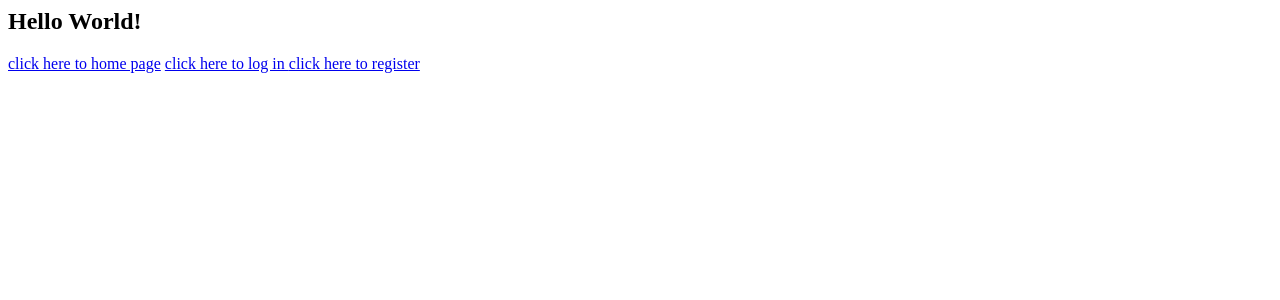
Repository: siddhesh999/SPRING-MVC
Page: http://localhost/springmvc/
An editor plug-in stored every save of this project. The page is shown before and after the next save, followed by the edit.
The browser window is 1280 px wide. The pictures show the whole page.
The page is served by Tomcat 9.

Above is the page before, as saved 2022-01-07 05:56:27.

After the next save:
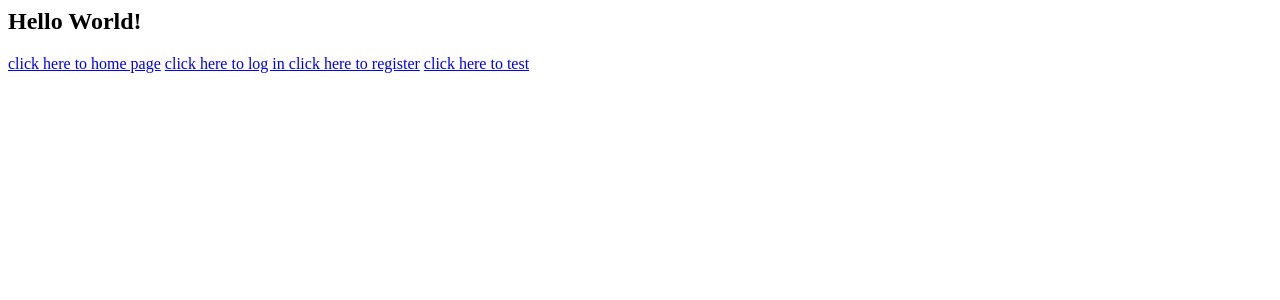
Saved 4 min 40 s later.
--- a/springmvc/src/main/webapp/index.jsp
+++ b/springmvc/src/main/webapp/index.jsp
@@ -6,5 +6,7 @@
 <a href="./login.jsp">click here to log in </a>
 
 <a href="./register">click here to register</a>
+
+<a href="./test">click here to test</a>
 </body>
 </html>

After the 2 saves that followed:
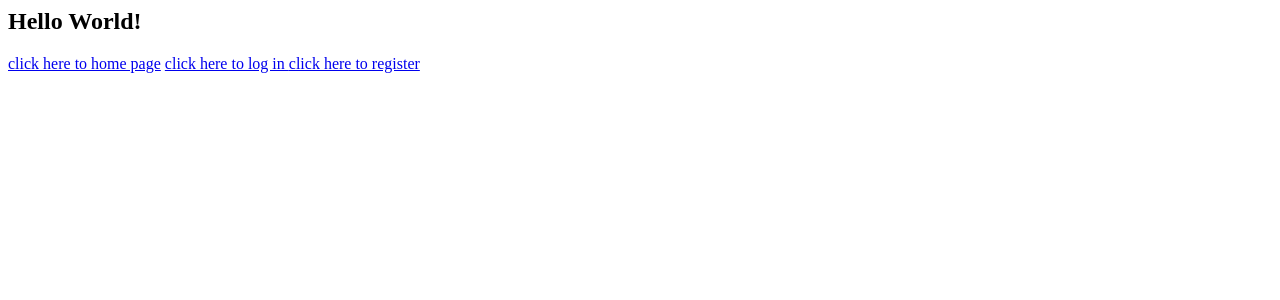
The 2 saves are shown as one change because 1 left the picture as it was.
The last was saved 95 s later.
--- a/springmvc/src/main/webapp/index.jsp
+++ b/springmvc/src/main/webapp/index.jsp
@@ -7,6 +7,6 @@
 
 <a href="./register">click here to register</a>
 
-<a href="./test">click here to test</a>
+
 </body>
 </html>
